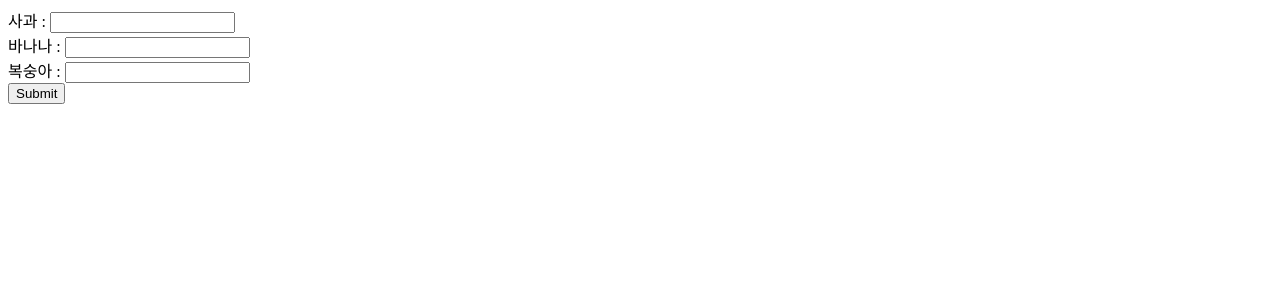
Repository: SimpleRan/jsp_paractice2
Page: http://localhost/JSPBasic/jspobject/request/req_form.jsp
These files come from the project's save history. The page is drawn as it stood at one moment and after the next save; the edit follows.
The browser window is 1280 px wide. The pictures show the whole page.
The page is served by Tomcat 9.

Above is the page before, as saved 2022-03-24 12:07:03.

After the next save:
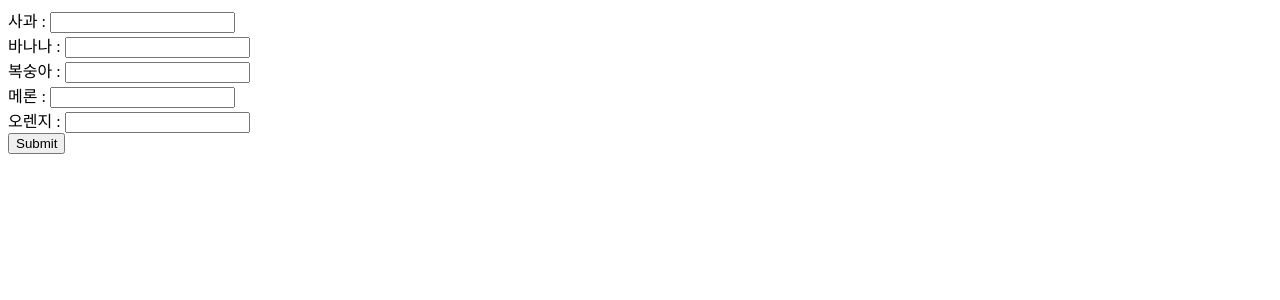
Saved 2 s later.
--- a/JSPBasic/src/main/webapp/jspobject/request/req_form.jsp
+++ b/JSPBasic/src/main/webapp/jspobject/request/req_form.jsp
@@ -15,6 +15,9 @@
 		사과 : <input type="text" name= "apple"><br/>
 		바나나 : <input type="text" name= "banana"><br/>
 		복숭아 : <input type="text" name= "peach"><br/>
+		메론 : <input type="text" name="melon"><br/>
+		오렌지 : <input type="text" name="orange"><br/>
+
 		<input type="submit">
 	</form>
 
